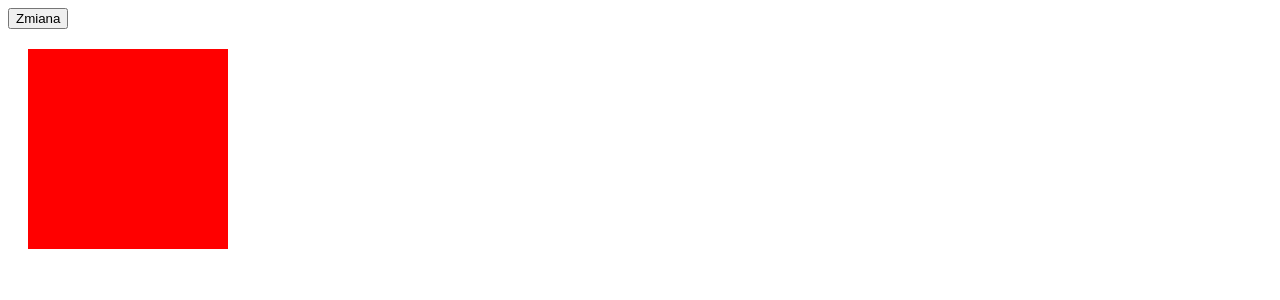
Repository: magdaf41/jQuery
Page: zadanie 3/index.html
An editor plug-in stored every save of this project. The page is shown before and after the next save, followed by the edit.
The browser window is 1280 px wide. The pictures show the whole page.

Above is the page before, as saved 2020-09-09 22:51:25.

After the next save:
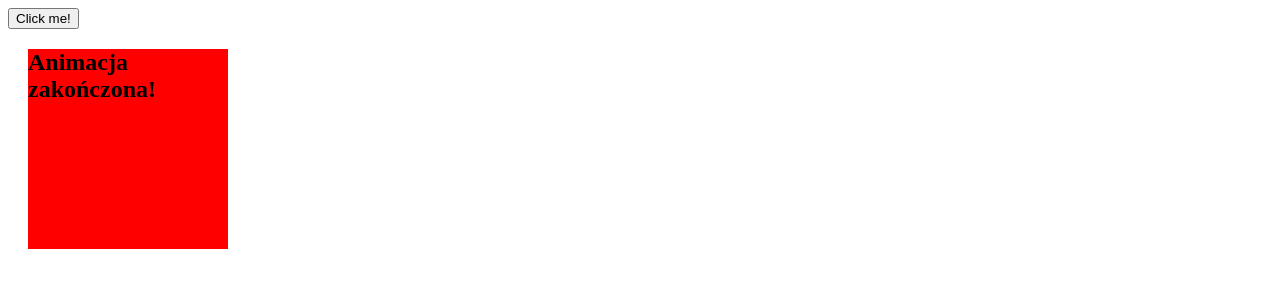
Saved 62 s later.
--- a/zadanie 3/index.html
+++ b/zadanie 3/index.html
@@ -7,10 +7,11 @@
     <link rel="stylesheet" href="css/style.css">
 </head>
 <body>
+    <button>Click me!</button>
 
-    <button id="button">Zmiana</button>
-    <div id="square"></div>
-
+    <div id="square">
+      <h2 id="text-end">Animacja zakończona!</h2>
+    </div>
     <script src="js/jquery-3.5.1.min.js"></script>
     <script src="js/main.js"></script>
 
